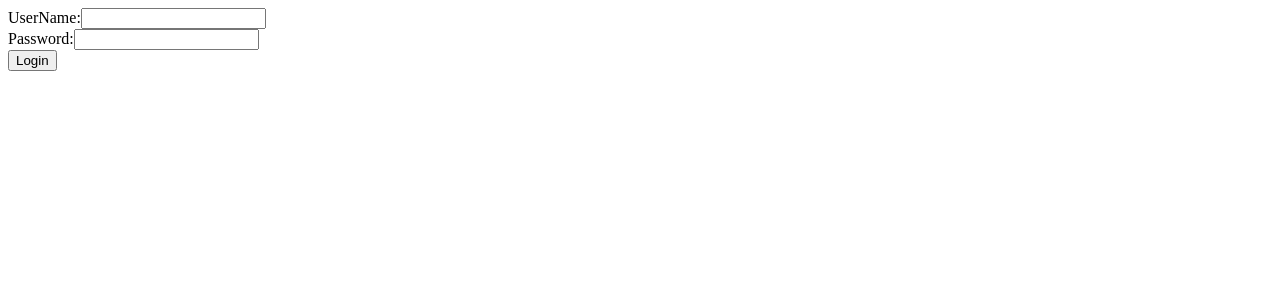
Repository: himanshujar/Java-Servlet
Page: ServletMethod/src/main/webapp/Login.html
An editor plug-in stored every save of this project. The page is shown before and after the next save, followed by the edit.
The browser window is 1280 px wide. The pictures show the whole page.

Above is the page before, as saved 2023-10-03 18:51:56.

### ServletMethod/src/main/webapp/Login.html
<!DOCTYPE html>
<html>
<head>
<meta charset="ISO-8859-1">
<title>Insert title here</title>
</head>
<body>
<form action="login" method="post">
UserName:<input type="text" name="uname"><br>
Password:<input type="password" name="pword"><br>
<input type="submit" value="Login">
</form>
</body>
</html>

After the next save:
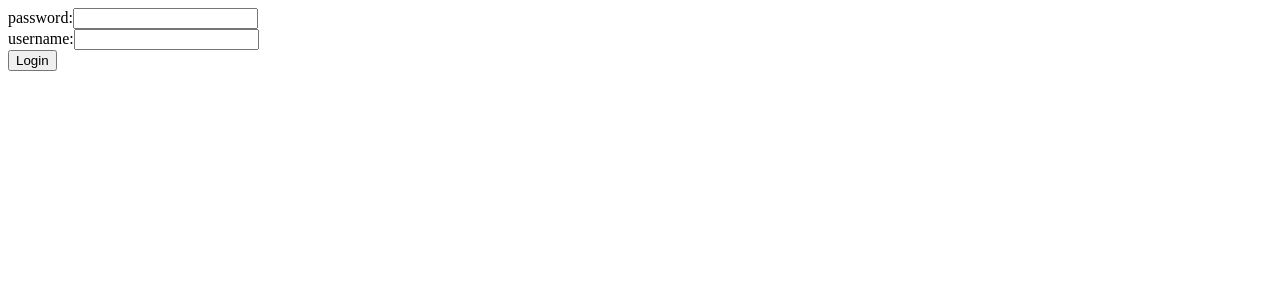
Saved 60 s later.
--- a/ServletMethod/src/main/webapp/Login.html
+++ b/ServletMethod/src/main/webapp/Login.html
@@ -6,8 +6,8 @@
 </head>
 <body>
 <form action="login" method="post">
-UserName:<input type="text" name="uname"><br>
-Password:<input type="password" name="pword"><br>
+password:<input type="text" name="pword"><br>
+username:<input type="password" name="uname"><br>
 <input type="submit" value="Login">
 </form>
 </body>
